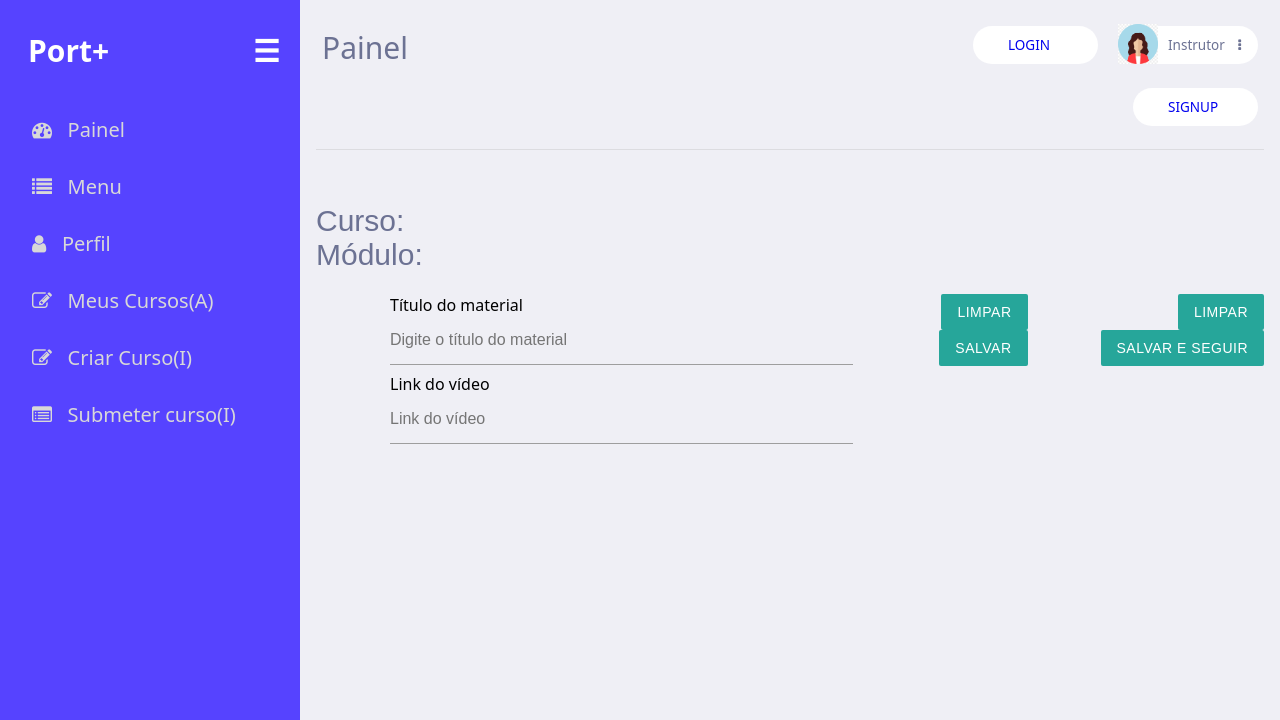
Repository: LauraMViana/Port-plus
Page: http://localhost/portPlus/criarCurso/addVideo
These files come from the project's save history. The page is drawn as it stood at one moment and after the next save; the edit follows.
The browser window is 1280 px wide. The pictures show the whole page.
The page is this project's Thymeleaf template; nobody is signed in. The template is opened directly, without the code that normally fills it, so the values that code supplies are empty.

Above is the page before, as saved 2021-12-28 14:47:17.

After the next save:
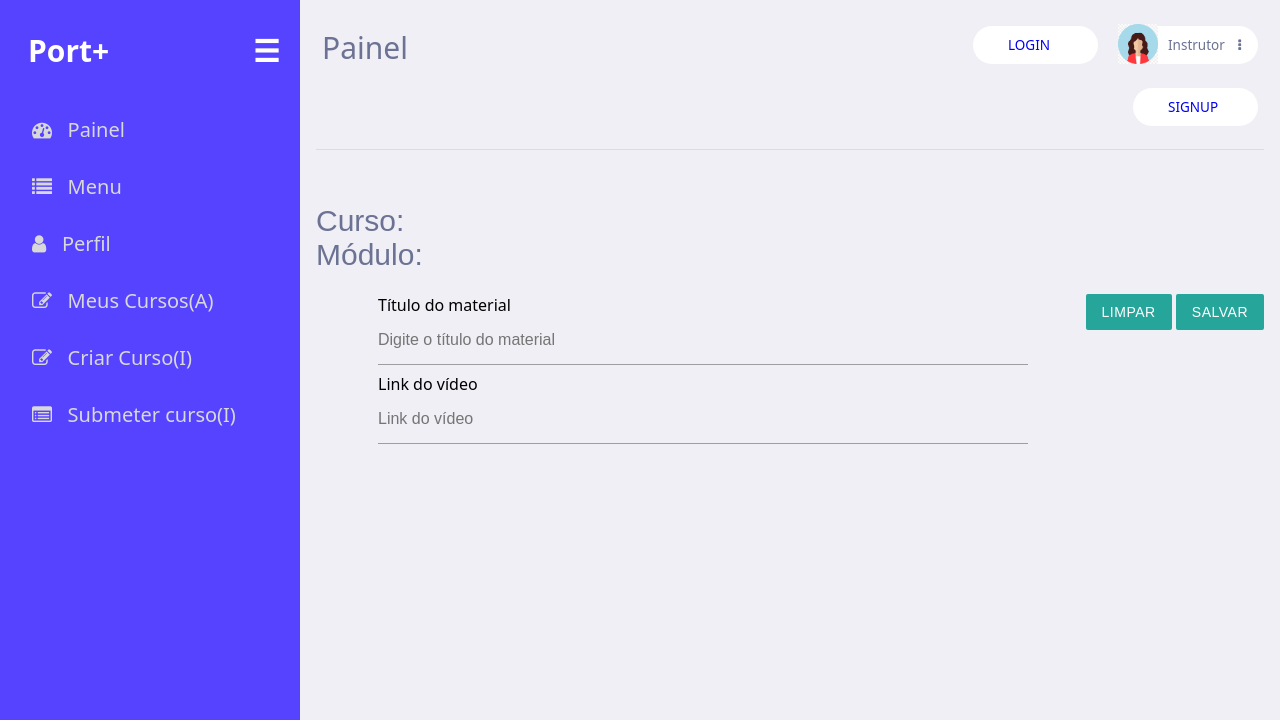
Saved 48 s later.
--- a/port/src/main/resources/templates/portPlus/criarCurso/addVideo.html
+++ b/port/src/main/resources/templates/portPlus/criarCurso/addVideo.html
@@ -24,7 +24,6 @@
 		<form
 			th:action="@{/portPlus/criarCurso/{idC}/{idMod} (idC=${curso.id},idMod=${modulo.id})}"
 			method="post">
-			<div class="col s9">
 			<div class="input-field col s9">
 				<label for="tituloM">Título do material</label><input
 					placeholder="Digite o título do material" id="tituloM" type="text"
@@ -42,13 +41,6 @@
 					type="reset" name="action">Limpar</button>
 				<button class="btn waves-effect waves-light align-center"
 					type="submit" name="action">Salvar</button>
-			</div></div>
-
-			<div id="btn">
-				<button class="btn waves-effect waves-light align-center"
-					type="reset" name="action">Limpar</button>
-				<button class="btn waves-effect waves-light align-center"
-					type="submit" name="action">Salvar e seguir</button>
 			</div>
 		</form>
 	</div>
